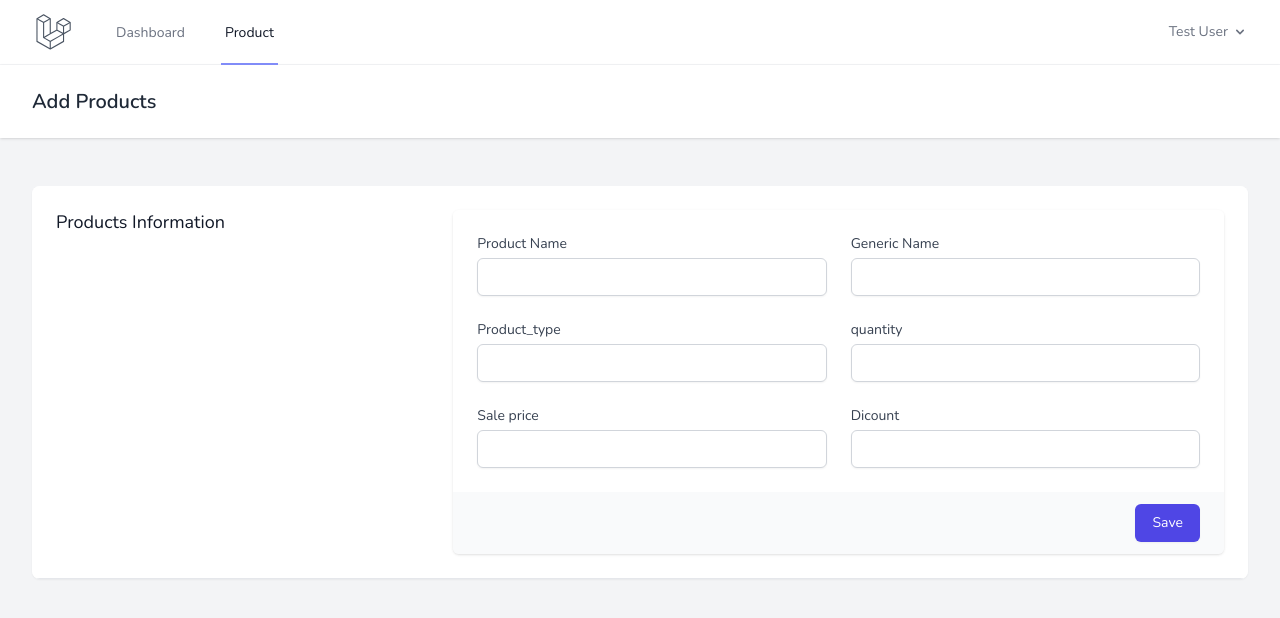
Repository: krishna-vm/them_set
Page: http://localhost/product
The author's editor kept a copy of each file at every save. The page is drawn from the files as they stood at one save, then again after a run of saves.
The browser window is 1280 px wide. The pictures show the whole page.
The page is served by the project's Laravel application, run on PHP 8.4 with Laravel 8. A made-up administrator, Test User (test@example.com), is signed in. Style sheets and scripts are compiled from the project's sources, by tool versions that may differ from the author's.

Above is the page before, as saved 2022-09-08 14:49:18.

After the next 3 saves:
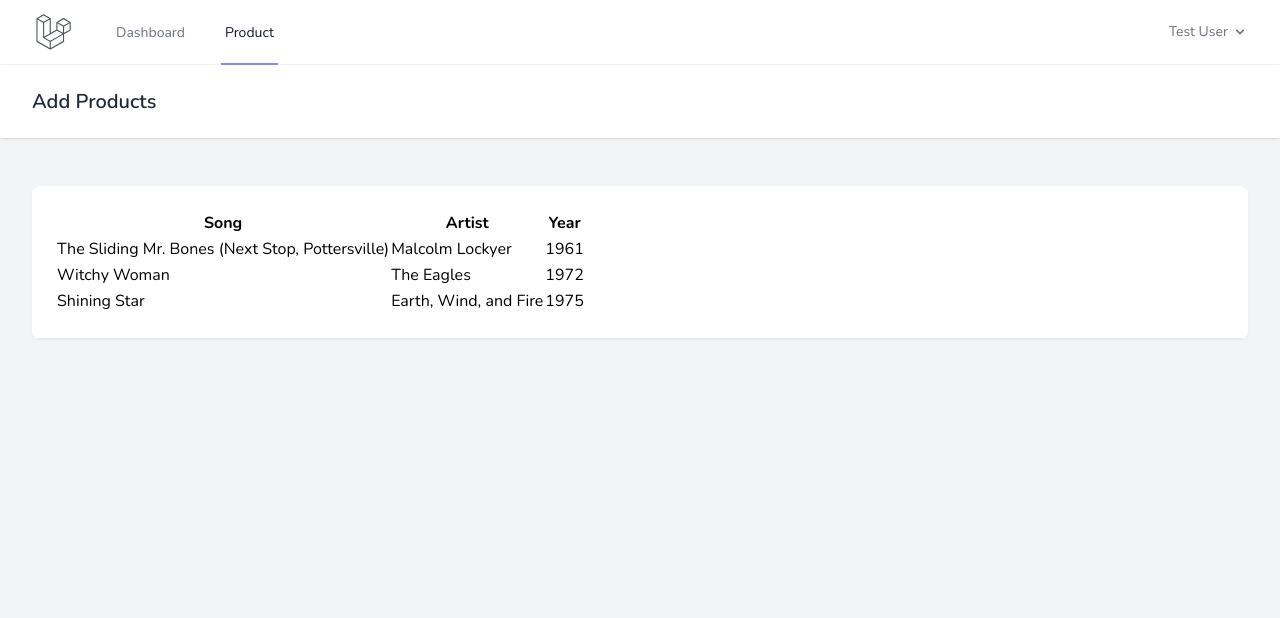
The 3 saves are shown as one change because they came seconds apart.
The last was saved 18 s later.
--- a/resources/views/product.blade.php
+++ b/resources/views/product.blade.php
@@ -10,7 +10,7 @@
             <div class="bg-white overflow-hidden shadow-sm sm:rounded-lg">
                 <div class="p-6 bg-white border-b border-gray-200">
                     <div class="row">
-                        <div class="col-md-12 ">
+                        {{-- <div class="col-md-12 ">
                                 <div class="mt-10 sm:mt-0">
                                     <div class="md:grid md:grid-cols-3 md:gap-6">
                                       <div class="md:col-span-1">
@@ -64,7 +64,33 @@
                                     </div>
                                 </div>
                             </div>
-                        </div>
+                        </div> --}}
+                        <table class="table-auto">
+                            <thead>
+                              <tr>
+                                <th>Song</th>
+                                <th>Artist</th>
+                                <th>Year</th>
+                              </tr>
+                            </thead>
+                            <tbody>
+                              <tr>
+                                <td>The Sliding Mr. Bones (Next Stop, Pottersville)</td>
+                                <td>Malcolm Lockyer</td>
+                                <td>1961</td>
+                              </tr>
+                              <tr>
+                                <td>Witchy Woman</td>
+                                <td>The Eagles</td>
+                                <td>1972</td>
+                              </tr>
+                              <tr>
+                                <td>Shining Star</td>
+                                <td>Earth, Wind, and Fire</td>
+                                <td>1975</td>
+                              </tr>
+                            </tbody>
+                          </table>
                     </div>
                 </div>
             </div>
